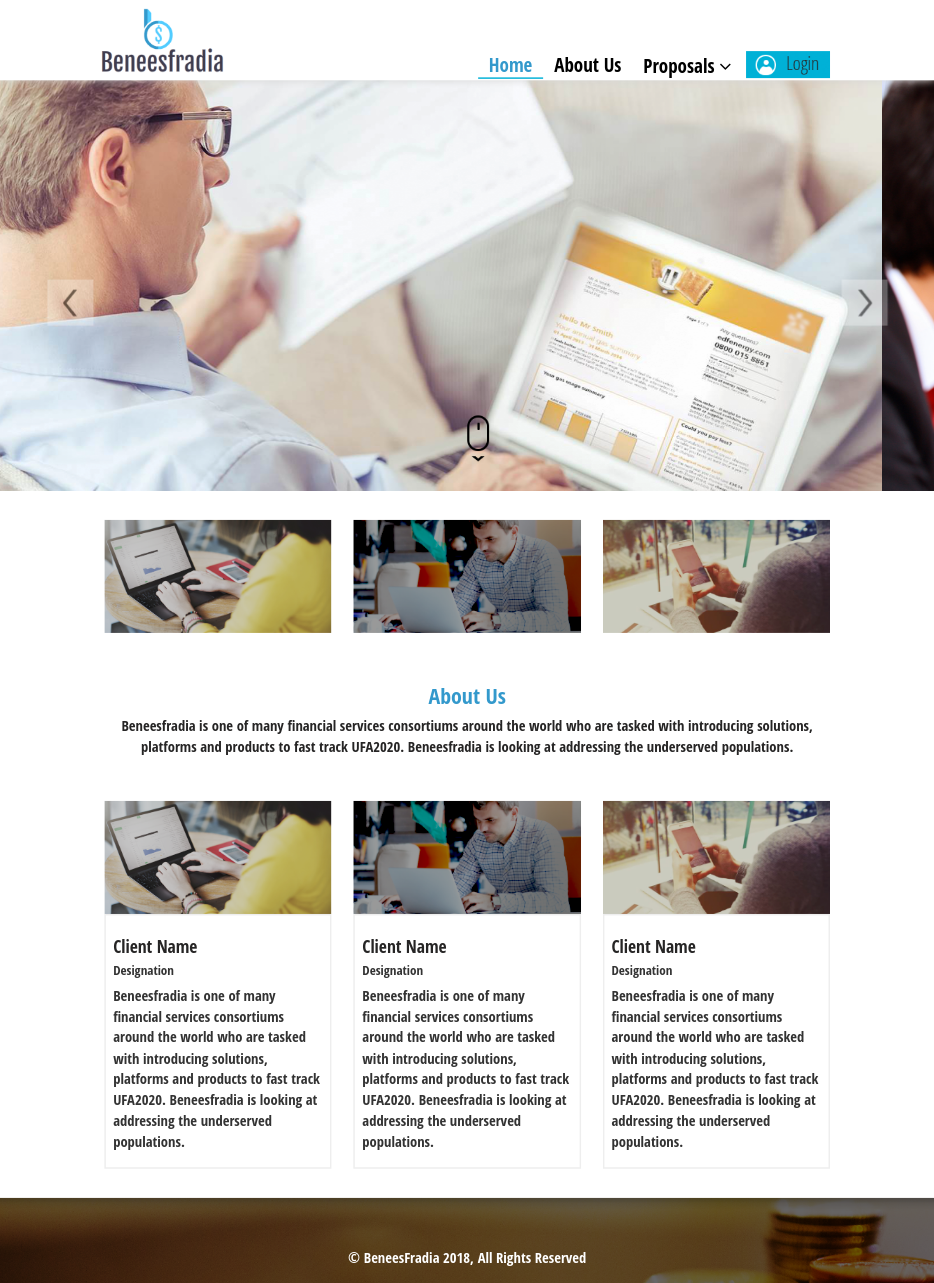
Repository: intkhabahmed/AcceleratedBootcampWebsites
Page: http://localhost/BeneesFradia/UI/index.jsp
These files come from the project's save history. The page is drawn as it stood at one moment and after the next save; the edit follows.
The browser window is 1280 px wide. The pictures show the whole page, at 73% of full size.
Some web fonts or font styles are not loaded; a fallback is used. The page is served by Tomcat 9. Nobody is signed in. The application's start-up code is not run.

Above is the page before, as saved 2018-02-07 07:21:31.

After the next save:
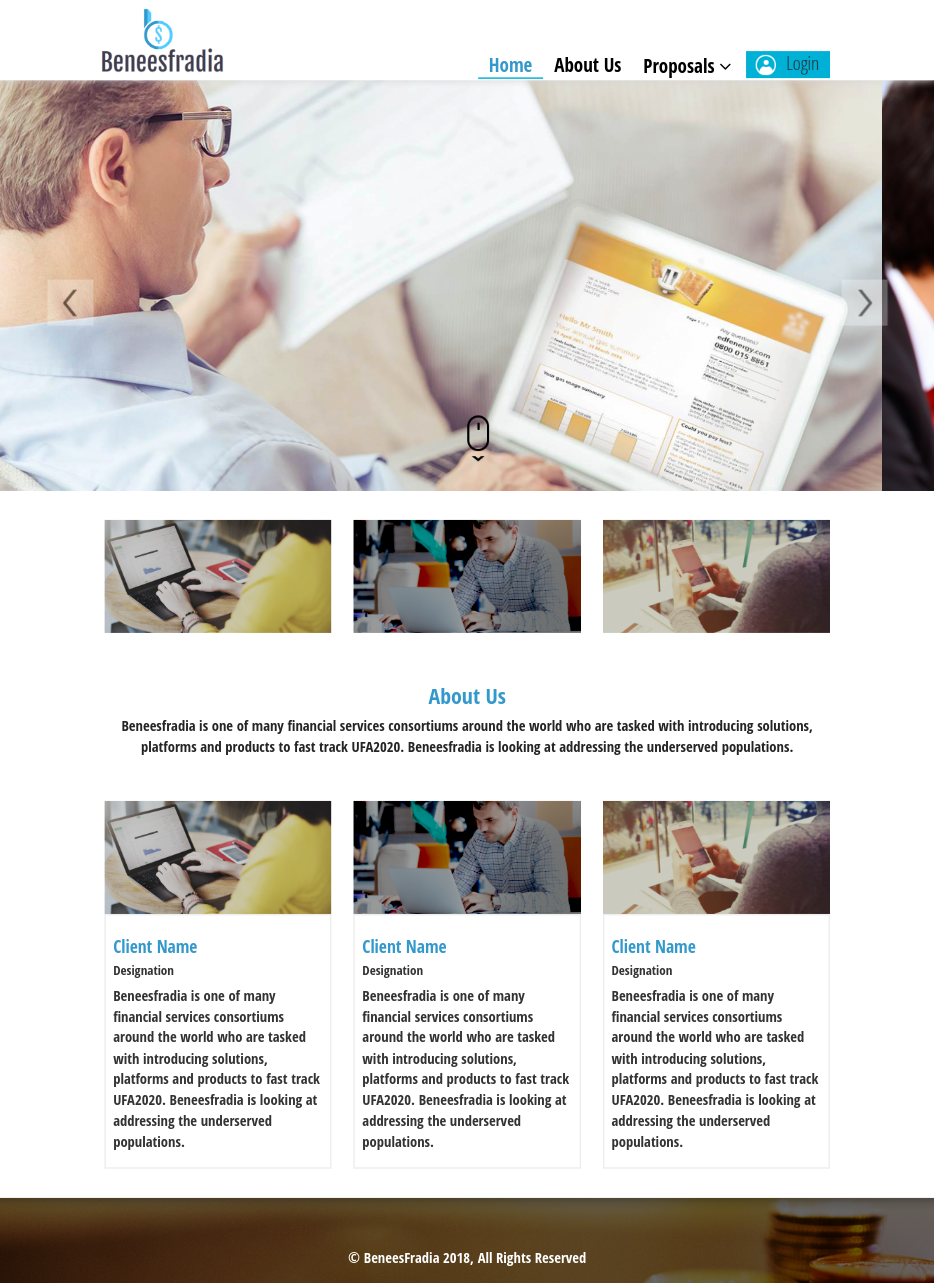
Saved 89 s later.
--- a/BeneesFradia/WebContent/css/custom.css
+++ b/BeneesFradia/WebContent/css/custom.css
@@ -356,7 +356,7 @@ textarea {
 }
 
 .client_desc h3 {
-	color: #262525;
+	color: #3399cc;
 }
 
 #aboutus h2{
